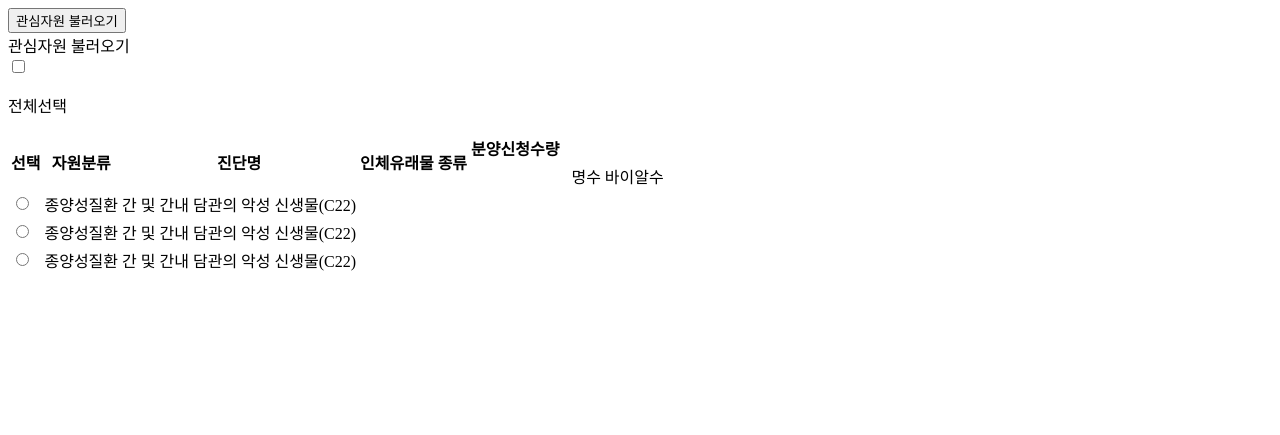
Repository: dlgywls1130/one_popup
Page: index.html
The author's editor kept a copy of each file at every save. The page is drawn from the files as they stood at one save, then again after the next save.
The browser window is 1280 px wide. The pictures show the whole page.

Above is the page before, as saved 2023-10-24 23:50:19.

After the next save:
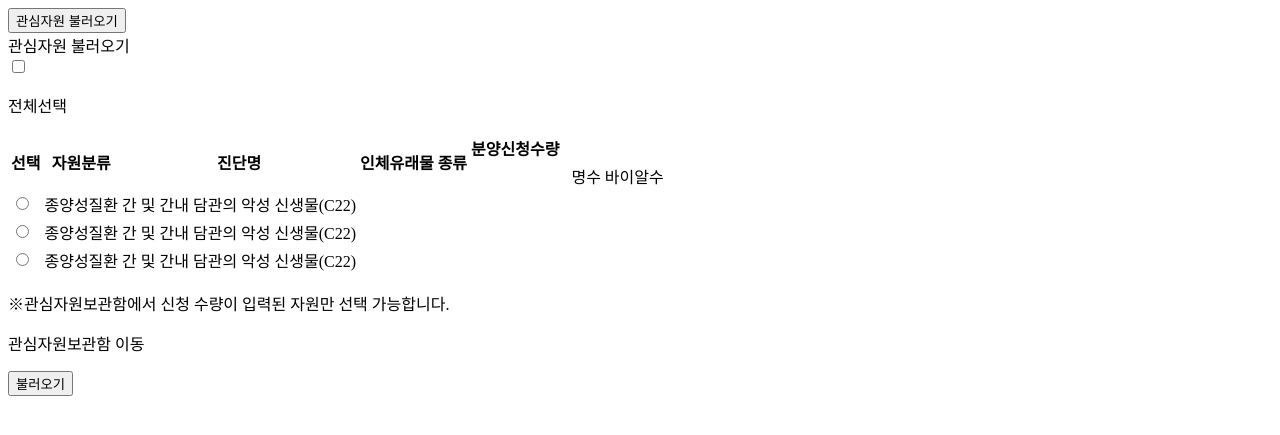
Saved 2 min 21 s later.
--- a/index.html
+++ b/index.html
@@ -68,6 +68,16 @@
                 </table>
             </div>
 
+
+            <p>※관심자원보관함에서 신청 수량이 입력된 자원만 선택 가능합니다.</p>
+            <div class="bookmark_link">
+                <div class="bookmark_img"></div>
+                <p>관심자원보관함 이동</p>
+            </div>
+
+            <div class="button_import">
+                <button type="button">불러오기</button>
+            </div>
         </div>
     </div>
 </body>
